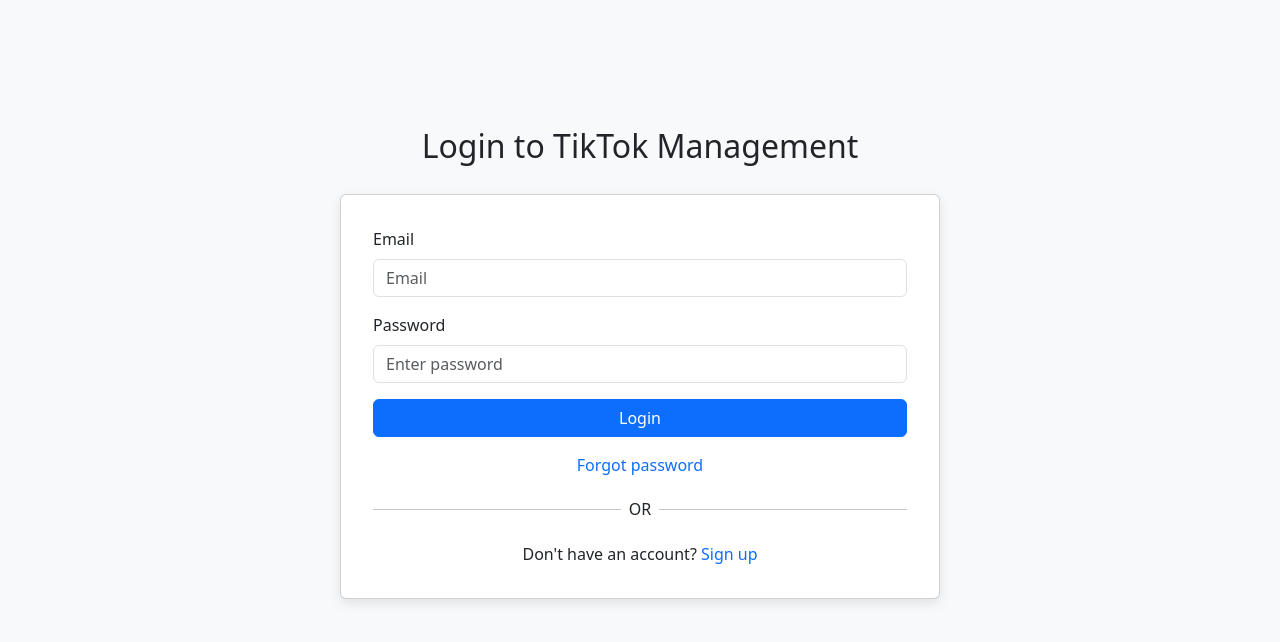
Repository: chaolaolo/tikcrm-fe
Page: /dashboard
The author's editor kept a copy of each file at every save. The page is drawn from the files as they stood at one save, then again after the next save.
The browser window is 1280 px wide. The pictures show the whole page.
The project was rebuilt for these pictures with package versions that can differ from the ones it lists, and the page was loaded fresh each time. Also part of the build but not shown: vite.config.ts, src/pages/Home/Settings.tsx, src/pages/Home/HomePage.tsx. Imported but missing from the stored project, and not drawn on this page: src/pages/Home/Dashboard, src/pages/Register/RegisterPage.

Above is the page before, as saved 2025-05-22 22:16:18.

After the next save:
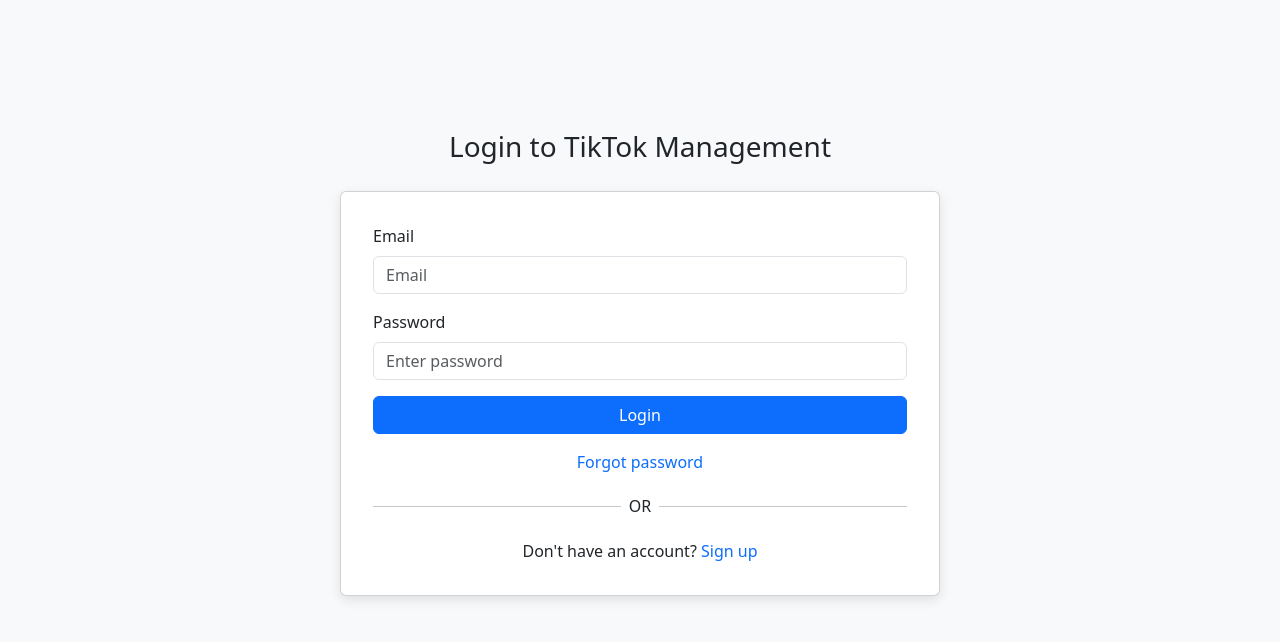
Saved 42 s later.
--- a/src/pages/Auth/LoginPage.tsx
+++ b/src/pages/Auth/LoginPage.tsx
@@ -14,7 +14,7 @@
     }}>
       <div className="d-flex justify-content-center align-items-center min-vh-100 p-3">
         <div className="w-100" style={{ maxWidth: '600px' }}>
-          <p className="text-center mb-4 fs-2">Login to TikTok Management</p>
+          <p className="text-center mb-4 fs-3">Login to TikTok Management</p>
           <div className="card p-8" style={{
             backgroundColor: 'white',
             boxShadow: '0 4px 12px rgba(0, 0, 0, 0.1)'
